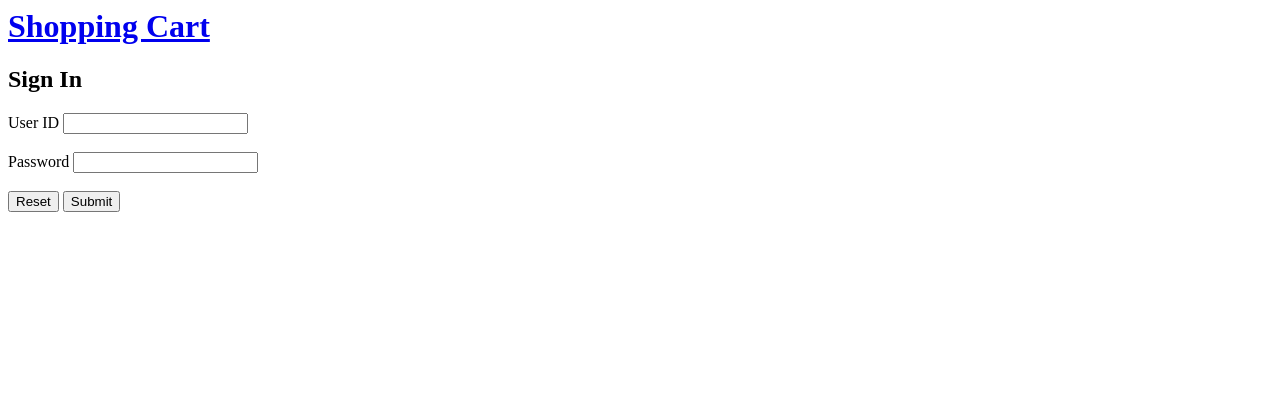
Repository: AravindMarshall/ShoppingCart
Page: http://localhost/Phineas/Login.jsp
An editor plug-in stored every save of this project. The page is shown before and after the next save, followed by the edit.
The browser window is 1280 px wide. The pictures show the whole page.
The page is served by Tomcat 9.

Above is the page before, as saved 2016-06-09 09:02:25.

After the next save:
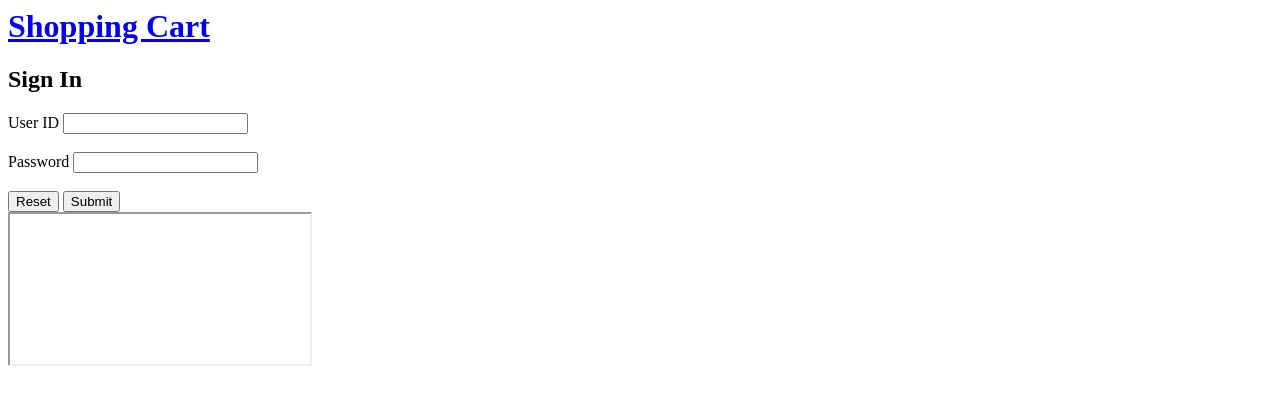
Saved 77 min 17 s later.
--- a/NIIT Shopping Cart/Phineas/WebContent/Login.jsp
+++ b/NIIT Shopping Cart/Phineas/WebContent/Login.jsp
@@ -28,7 +28,9 @@
 </div>
 <button type="Reset" class="btn btn-danger">Reset</button>
 <button type="submit" class="btn btn-default">Submit</button>
-<herf :"https://www.bing.com/images/search?q=car&id=6444829B9BBAFCED33AC19134FC951A6AC263687&FORM=IQFRBA">
+<div class="embed-responsive embed-responsive-4by3">
+  <iframe class="embed-responsive-item" src=""https://www.bing.com/images/search?q=car&id=6444829B9BBAFCED33AC19134FC951A6AC263687&FORM=IQFRBA""></iframe>
+</div>
 </div>
 </div>
 </form>

After the 3 saves that followed:
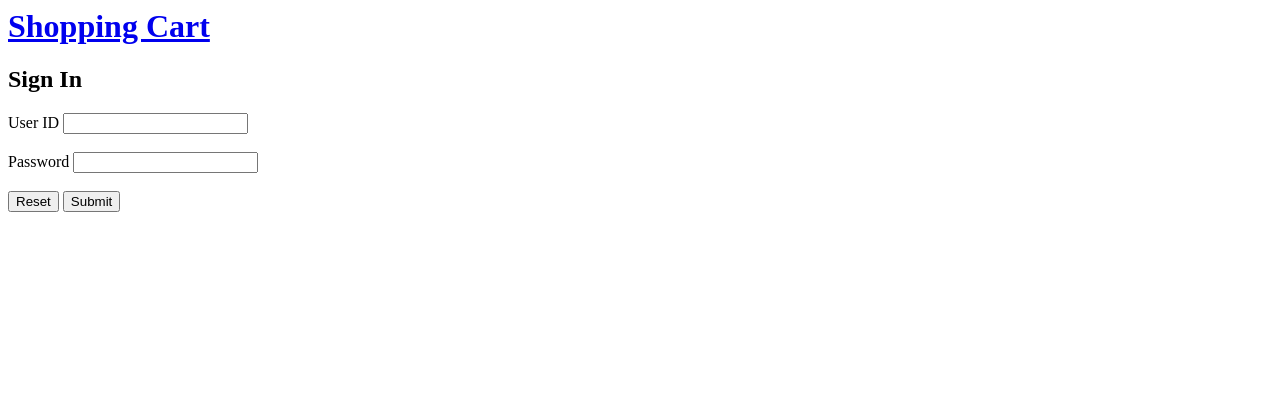
The 3 saves are shown as one change because 2 left the picture as it was.
The last was saved 3 min 0 s later.
--- a/NIIT Shopping Cart/Phineas/WebContent/Login.jsp
+++ b/NIIT Shopping Cart/Phineas/WebContent/Login.jsp
@@ -28,8 +28,7 @@
 </div>
 <button type="Reset" class="btn btn-danger">Reset</button>
 <button type="submit" class="btn btn-default">Submit</button>
-<div class="embed-responsive embed-responsive-4by3">
-  <iframe class="embed-responsive-item" src=""https://www.bing.com/images/search?q=car&id=6444829B9BBAFCED33AC19134FC951A6AC263687&FORM=IQFRBA""></iframe>
+
 </div>
 </div>
 </div>
